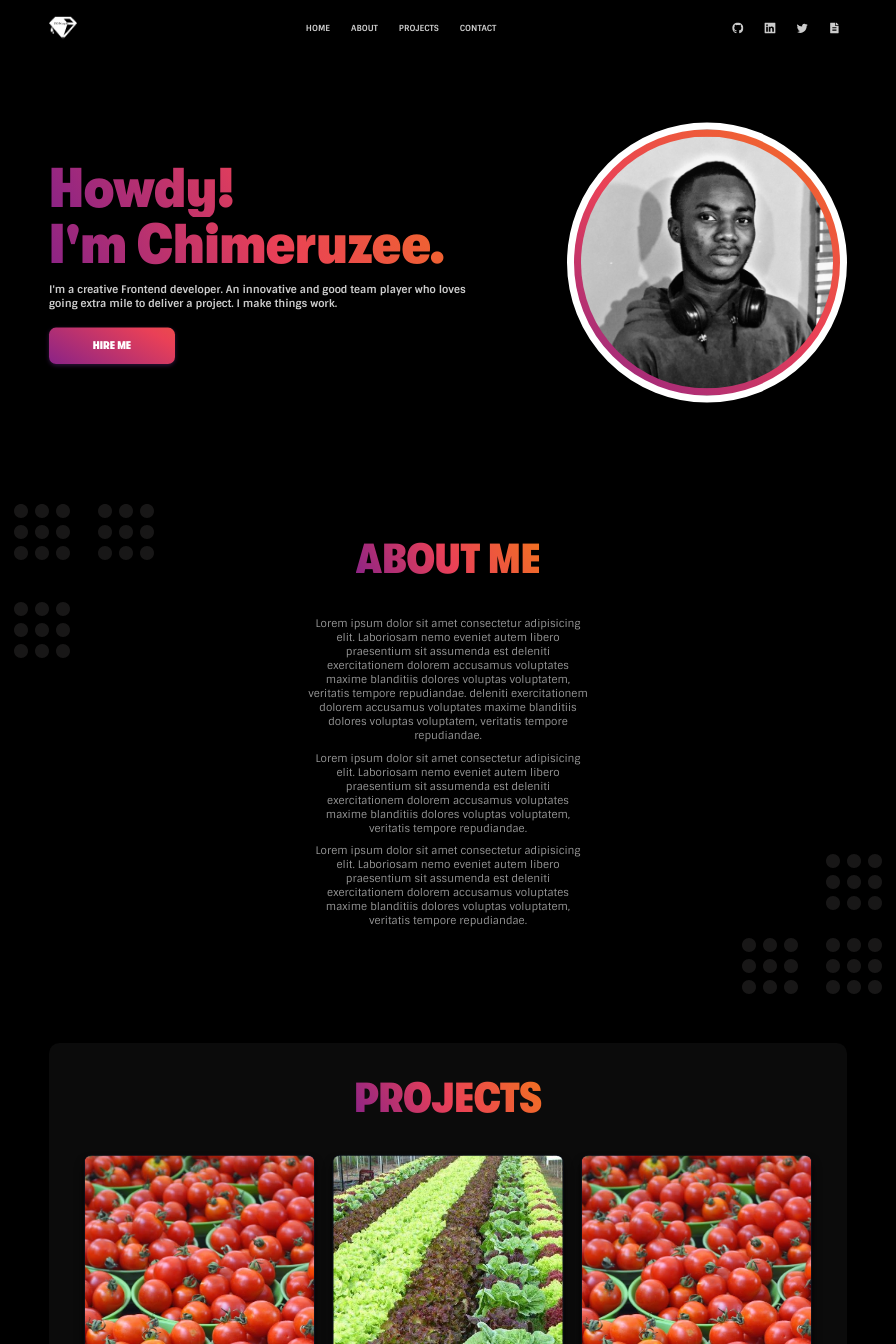
Repository: Ehceyn/ChimeruzeePortfolio
Page: /
An editor plug-in stored every save of this project. The page is shown before and after the next save, followed by the edit.
The browser window is 1280 px wide. The pictures show the part of the page from y = 0 to 1920 px (the page is 4486 px tall), at 70% of full size.
The project was rebuilt for these pictures with package versions that can differ from the ones it lists, and the page was loaded fresh each time. The framework's server and built-in components were replaced by stand-ins that run in the browser. Also part of the build but not shown: next.config.js, src/components/Timeline/Timeline.js, src/components/Accomplishments/Accomplishments.js.

Above is the page before, as saved 2022-07-17 17:50:46.

### pages/_app.js
import Layout from "../src/components/Layout/Layout";
import "../styles/global.css";

function MyApp({ Component, pageProps }) {
  return (
    <Layout>
      <Component {...pageProps} />
    </Layout>
  );
}

export default MyApp;

### pages/index.js
import MetaHead from "../src/components/MetaHead/MetaHead";
import Hero from "../src/components/Hero/Hero";
import Projects from "../src/components/Projects/Projects";
import Technologies from "../src/components/Technologies/Technologies";
import Timeline from "../src/components/Timeline/Timeline";
import Accomplishments from "../src/components/Accomplishments/Accomplishments";
import Contact from "../src/components/Contact/Contact";
import Footer from "../src/components/Footer/Footer";
import About from "../src/components/About/About";

export default function Home() {
  return (
    <>
      <MetaHead
        title="Meruzee | Portfolio"
        contentKeyword="web development, react development, frontend development, web design, programming"
        contentDescription="A Web designer and developer's portfolio"
      />
      <Hero />
      <About />
      <Projects />
      <Technologies />
      <Contact />
    </>
  );
}

### src/components/Layout/Layout.js
import React from "react";
import Footer from "../Footer/Footer";
import Header from "../Header/Header";

function Layout({ children }) {
  return (
    <>
      <Header />
      {children}
      <Footer />
    </>
  );
}

export default Layout;

### styles/global.css
@font-face {
  font-family: GTWalsheimPro;
  src: url(/fonts/GTWalsheimPro-CondensedBlack/GTWalsheimPro-CondensedBlack.ttf); /* IE9 Compat Modes */
  src: url(/fonts/GTWalsheimPro-CondensedBlack/GTWalsheimPro-CondensedBlack.ttf?iefix)
      format("embedded-opentype") /* IE6-IE8 */,
    url(/fonts/GTWalsheimPro-CondensedBlack/GTWalsheimPro-CondensedBlack.woff)
      format("woff") /* Super Modern Browsers */,
    url(/fonts/GTWalsheimPro-CondensedBlack/GTWalsheimPro-CondensedBlack.woff2)
      format("woff2") /* Pretty Modern Browsers */,
    url(/fonts/GTWalsheimPro-CondensedBlack/GTWalsheimPro-CondensedBlack.ttf)
      format("truetype"); /* Safari, Android, iOS */
  font-weight: 900;
  font-style: normal;
}

@font-face {
  font-family: Sintony-Bold;
  src: url(/fonts/Sintony/Sintony-Bold.ttf); /* IE9 Compat Modes */
  font-style: normal;
}

@font-face {
  font-family: Sintony-Regular;
  src: url(/fonts/Sintony/Sintony-Regular.ttf); /* IE9 Compat Modes */
  font-style: normal;
}

@tailwind base;
@tailwind components;
@tailwind utilities;

* {
  box-sizing: border-box;
  -webkit-tap-highlight-color: transparent;
  margin: 0;
  padding: 0;
}

*:hover {
  -webkit-tap-highlight-color: transparent;
}

html {
  font-size: 62.5%;
  scroll-behavior: smooth;
  background: black;
}
body {
  font-family: Sintony-Regular, "Segoe UI", sans-serif;
  font-size: 1.6rem;
  background: black;
  color: #ccc;
  cursor: default;
  max-width: 1700px;
  margin: auto;
}
h1 {
  width: 100%;
  height: fit-content;
  color: gray;
  background: -webkit-linear-gradient(210deg, #f27121, #e94057, #8a2387);
  -webkit-background-clip: text;
  -webkit-text-fill-color: transparent;
  flex-wrap: wrap;
}
h2 {
  display: flex;
  align-items: center;
  width: fit-content;
  height: fit-content;
  color: gray;
  background: -webkit-linear-gradient(210deg, #f27121, #e94057, #8a2387);
  -webkit-background-clip: text;
  -webkit-text-fill-color: transparent;
  flex-wrap: wrap;
}
h3 {
  font-family: Sintony-Bold, "Segoe UI", sans-serif;
  line-height: 1.2;
  color: #999;
}

h4 {
  font-family: Sintony-Bold, "Segoe UI", sans-serif;
  line-height: 1.2;
  color: #ccc;
}

p,
a {
  font-size: 0.8em;
  color: #999;
  line-height: 1.5;
}

h1,
h2,
h5,
h6,
button {
  font-family: GTWalsheimPro, "Segoe UI", sans-serif;
  moz-transition: all 0.4s ease-in-out;
  -o-transition: all 0.4s ease-in-out;
  -webkit-transition: all 0.4s ease-in-out;
  transition: all 0.4s ease-in-out;
}
button:focus {
  outline: none;
}

.buttonGrad {
  box-shadow: 0 2px 6px 0 rgb(126 52 161 / 39%);
  background: linear-gradient(210deg, #f27121, #e94057, #8a2387);
  background-size: 200% auto;
  transition: all 0.4s ease-in-out;
}

/* .buttonGrad:hover {
  background: linear-gradient(210deg, #e94057, #8a2387);
  background-position: 100% 0;
  moz-transition: all 0.4s ease-in-out;
  -o-transition: all 0.4s ease-in-out;
  -webkit-transition: all 0.4s ease-in-out;
  transition: all 0.4s ease-in-out;
} */

.btn-grad {
  background-image: linear-gradient(
    to right,
    #aa076b 0%,
    #61045f 51%,
    #aa076b 100%
  );
  margin: 10px;
  padding: 15px 45px;
  text-align: center;
  text-transform: uppercase;
  transition: 0.5s;
  background-size: 200% auto;
  color: white;
  box-shadow: 0 0 20px #eee;
  border-radius: 10px;
  display: block;
}

.buttongrad:hover {
  background-position: right center; /* change the direction of the change here */
  color: #fff;
  text-decoration: none;
}

.card-text {
  overflow: hidden;
  text-overflow: ellipsis;
  display: -webkit-box;
  -webkit-line-clamp: 3; /* number of lines to show */
  -webkit-box-orient: vertical;
}

nav .navlinks {
  display: flex;
  align-items: center;
  width: fit-content;
  height: inherit;
  text-transform: uppercase;
  font-size: 12px;
  font-family: Sintony-Bold, "Segoe UI", sans-serif;
  cursor: pointer;
}

nav .navlinks:focus {
  color: #0070fdff;
}

a {
  text-decoration: none;
  display: block;
}
li {
  list-style: none;
}

.sectionStyle {
  display: flex;
  align-items: center;
  width: 100%;
  height: fit-content;
  padding: 30px 100px;
}

/* Linear Gradient background for hero image */
.background {
  background: -webkit-linear-gradient(210deg, #f27121, #e94057, #8a2387);
}
/* Linear Gradient Border for hero image */
.border-gradient {
  background: linear-gradient(210deg, #0070fdff, #d50098ff, #fd2828) border-box,
    linear-gradient(210deg, #0070fdff, #d50098ff, #fd2828) padding-box;
}

.hero {
  /* position: relative; */
  z-index: 10;
  background-color: rgba(179, 174, 174, 0.562);
}

/* .hero::before {
  content: "";
  background-size: cover;
  position: absolute;
  z-index: -1;
  top: 0px;
  right: 0px;
  bottom: 0px;
  left: 0px;
  opacity: 0.95;
  background: url("/images/meruz-bw.jpg") no-repeat center/cover;
} */
.contact {
  position: absolute;
  z-index: 3;
}
.contact2 {
  content: "";
  position: absolute;
  height: 400px;
  width: 400px;
  border-radius: 50%;
  right: -100px;
  background: -webkit-linear-gradient(
    210deg,
    rgba(0, 114, 253, 0.212),
    rgba(213, 0, 153, 0.26),
    #fd282833
  );
}

/*
   accent1: "hsl(34.9,98.6%,72.9%)",
    button: "hsl(205.1,100%,36.1%)",
    background2: "hsl(232.7,27.3%,23.7%)", */
/* Track */
body::-webkit-scrollbar-track {
  box-shadow: inset 0 0 0px;
  @apply bg-[#222];
  border-radius: none;
}

/* Handle */
body::-webkit-scrollbar-thumb {
  background: #777;
  border-radius: 10px;
}

* {
  scrollbar-width: 10px;
}

/* Handle on hover */
body::-webkit-scrollbar-thumb:hover {
  background: #999;
}

/* Style the other scrollbar  with className  */
::-webkit-scrollbar {
  width: 10px;
}

/* Track */
::-webkit-scrollbar-track {
  box-shadow: inset 0 0 0px;
  @apply bg-transparent;
  border-radius: none;
}

/* Handle */
::-webkit-scrollbar-thumb {
  background: rgba(85, 85, 85, 0.158);
  border-radius: 10px;
}

* {
  scrollbar-width: 10px;
}

/* Handle on hover */
::-webkit-scrollbar-thumb:hover {
  background: rgba(85, 85, 85, 0.158);
}

### src/components/MetaHead/MetaHead.js
import Head from "next/head";

import React from "react";

function MetaHead(props) {
  return (
    <Head>
      <title>{props.title}</title>
      <meta name="description" content={props.contentKeyword} />
      <meta name="keywords" content={props.contentDescription} />
      <link rel="icon" href="/favicon.ico" />
    </Head>
  );
}

export default MetaHead;

### src/components/Hero/Hero.js
import React, { useState } from "react";
import { motion } from "framer-motion";
import Image from "next/image";
import { heroImage } from "../../../animations/animation";

function Hero() {
  const [degree, setDegree] = useState(210);
  setTimeout(() => {
    setInterval(() => {
      if (degree <= 360) {
        setDegree(degree + 5);
      } else {
        setDegree(0);
      }
    }, 1000);
  }, 5000);

  /* Linear Gradient Border for hero image */
  const borderGradient = {
    background: `linear-gradient(${degree}deg, #f27121, #e94057, #8a2387
) border-box, linear-gradient(${degree}deg, #f27121, #e94057, #8a2387
) padding-box`,
  };

  return (
    <section className="flex flex-col-reverse md2:flex-row md2:justify-between justify-center items-center w-full min-h-[100vh]  pt-[80px] pb-20 px-5 md:px-[40px] lg:px-[70px] ">
      {/* <video
        src="/video/vid.mp4"
        className="absolute t-0 inset-x-0 "
        autoPlay
        loop
        muted
      ></video> */}
      <div className="w-fit text-center md2:text-left leading-loose md2:mr-[100px] mt-[40px] md2:mt-0">
        <h1 className="text-7xl md2:text-8xl lg:text-9xl">Howdy! </h1>
        <h1 className="text-7xl md2:text-8xl lg:text-9xl">
          I&apos;m Chimeruzee.
        </h1>
        <h4 className="flex items-center w-fit  font-bold max-w-[800px] h-fit py-5 text-2xl md2:text-2xl md2:px-0 px-5">
          I&apos;m a creative Frontend developer. An innovative and good team
          player who loves going extra mile to deliver a project. I make things
          work.
        </h4>
        <button
          type="button"
          className="text-white buttonGrad mt-5 focus:outline-none uppercase rounded-2xl w-[180px] py-4 text-center"
        >
          hire me
        </button>
      </div>

      <div className="max-w-[250px] min-w-[250px] md2:max-w-[350px] md2:min-w-[350px] lg:max-w-[400px] lg:min-w-[400px] object-contain ">
        <motion.div
          initial="initial"
          animate="animate"
          transition="transition"
          className="border-[7px] md2:border-[10px] border-white rounded-full object-cover flex justify-center items-center p-[7px] md2:p-[10px] "
          style={borderGradient}
        >
          <Image
            src="/images/meruz-bw.jpg"
            width="400"
            height="400"
            alt="Chimeruzee"
            objectFit="cover"
            className="rounded-full background"
          />
        </motion.div>
      </div>
    </section>
  );
}

export default Hero;

### src/components/Technologies/Technologies.js
import React from "react";
import Image from "next/image";

function Technologies() {
  return (
    <section className="md2:px-[70px]">
      <div className=" w-full min-h-[80vh] h-fit py-20">
        <article className="w-full flex justify-center mb-20">
          <h2 className="text-5xl md2:text-6xl lg:text-8xl">TECHNOLOGIES</h2>
        </article>
        <div className="w-full grid grid-cols-2 sm:grid-cols-3 md2:grid-cols-4 gap-x-4 gap-y-10 px-5">
          {[
            { src: "/images/html.png", name: "HTML" },
            { src: "/images/css.png", name: "CSS" },
            { src: "/images/js.png", name: "JavaScript" },
            { src: "/images/react.png", name: "react" },
            { src: "/images/nodejs.png", name: "nodeJS" },
            { src: "/images/nextjs.svg", name: "nextJS" },
            { src: "/images/GraphQL-logo.png", name: "graphQL" },
            { src: "/images/redux.png", name: "Redux" },
            { src: "/images/mongodb.png", name: "MongoDB" },
            { src: "/images/firebase.png", name: "Firebase" },
            { src: "/images/git.png", name: "Git" },
            { src: "/images/tailwind.png", name: "Tailwind" },
          ].map((r, index) => (
            <div
              key={r.name}
              className="group flex flex-col justify-center items-center shadow-xl shadow-black bg-[#2020205b] py-7 px-12 rounded-lg mx-auto"
            >
              <Image
                src={r.src || "/images/GraphQL-logo.png"}
                alt=""
                width={70}
                height={70}
                objectFit="contain"
              />
              <h4 className="mt-5 text-2xl font-bold tracking-tight capitalize">
                {r.name}
              </h4>
            </div>
          ))}
        </div>
        <article className="w-full flex justify-center mt-20">
          <button className="group bg-transparent py-2 px-4 uppercase inline-flex items-center">
            View all technologies
            <svg
              className="ml-2 -mr-1 w-7 h-7 group-hover:translate-x-1 transition-all duration-200"
              fill="currentColor"
              viewBox="0 0 20 20"
              xmlns="http://www.w3.org/2000/svg"
            >
              <path
                fillRule="evenodd"
                d="M10.293 3.293a1 1 0 011.414 0l6 6a1 1 0 010 1.414l-6 6a1 1 0 01-1.414-1.414L14.586 11H3a1 1 0 110-2h11.586l-4.293-4.293a1 1 0 010-1.414z"
                clipRule="evenodd"
              ></path>
            </svg>
          </button>
        </article>
      </div>
    </section>
  );
}

export default Technologies;

### src/components/Footer/Footer.js
import React from "react";
import Image from "next/image";

export default function Footer() {
  return (
    <>
      <div className="px-7 md2:px-[70px]">
        <hr className="border border-[#2020205b]" />
      </div>
      <article className="flex md:hidden items-center h-fit mt-5 justify-start px-7 pt-10">
        <Image
          src="/images/immersewhite.png"
          height="40px"
          width="40px"
          alt="Logo"
          objectFit="contain"
        />
        <h4 className="text-4xl font-bold tracking-tight capitalize ml-5">
          Meruzee
        </h4>
      </article>
      <div className="grid grid-cols-2 md:grid-cols-3 gap-x-4 gap-y-5 w-full mb-7 px-7 md2:px-[70px] py-10 ">
        <article className="hidden md:flex items-center h-fit mt-5 justify-start">
          <Image
            src="/images/immersewhite.png"
            height="40px"
            width="40px"
            alt="Logo"
            objectFit="contain"
          />
          <h4 className="text-4xl font-bold tracking-tight capitalize ml-10">
            Meruzee
          </h4>
        </article>
        <article className="space-y-7 transition-[border] duration-300 ">
          <h4 className="mt-5  text-2xl font-bold tracking-tight capitalize">
            Site
          </h4>
          <a className="cursor-pointer hover:underline capitalize hover:underline-offset-1 w-fit">
            Home
          </a>
          <a className="cursor-pointer hover:underline capitalize hover:underline-offset-1 w-fit">
            Blog
          </a>
        </article>
        <article className="space-y-7">
          <h4 className="mt-5  text-2xl font-bold tracking-tight capitalize">
            Socials
          </h4>
          <a
            target="_blank"
            rel="noopener noreferrer"
            href="https://www.github.com/ehceyn"
            className="cursor-pointer hover:underline capitalize hover:underline-offset-1 w-fit"
          >
            github
          </a>
          <a
            target="_blank"
            rel="noopener noreferrer"
            href="https://www.linkedin.com/in/chimeruzee-chidum-7417591ba"
            className="cursor-pointer hover:underline capitalize hover:underline-offset-1 w-fit"
          >
            linkedIn
          </a>
          <a
            target="_blank"
            rel="noopener noreferrer"
            href="https://www.twitter.com/chimeruzee1"
            className="cursor-pointer hover:underline capitalize hover:underline-offset-1 w-fit"
          >
            twitter
          </a>
          <a
            target="_blank"
            rel="noopener noreferrer"
            href="https://drive.google.com/file/d/1hPpP44F-gs2xs_Lax_930MiJSpsTbr0T/view?usp=sharing"
            className="cursor-pointer hover:underline capitalize hover:underline-offset-1 w-fit"
          >
            Download Resume
          </a>
        </article>
      </div>
      <div className="w-full flex bg-secondary-darker h-[10vh] bottom-0 text-[#666666] justify-center items-center">
        <p>Copyright &copy;2022 All rights reserved | Meruzee </p>
      </div>
    </>
  );
}

### src/components/About/About.jsx
import React from "react";
import { CgMenuGridO } from "react-icons/cg";

function About() {
  return (
    <section className="">
      <div className=" w-full min-h-[100vh] h-fit py-20 relative ">
        <section className=" w-full  ">
          <article className="w-full flex justify-center mb-10 md:mb-20">
            <h2 className="text-5xl md2:text-6xl lg:text-8xl">ABOUT ME</h2>
          </article>
          <div className="w-full flex flex-col items-center space-y-5 px-7 md2:px-0">
            <p className="text-[#999] text-2xl max-w-[400px] text-center ">
              Lorem ipsum dolor sit amet consectetur adipisicing elit.
              Laboriosam nemo eveniet autem libero praesentium sit assumenda est
              deleniti exercitationem dolorem accusamus voluptates maxime
              blanditiis dolores voluptas voluptatem, veritatis tempore
              repudiandae. deleniti exercitationem dolorem accusamus voluptates
              maxime blanditiis dolores voluptas voluptatem, veritatis tempore
              repudiandae.
            </p>
            <p className="text-[#999] text-2xl max-w-[400px] text-center">
              Lorem ipsum dolor sit amet consectetur adipisicing elit.
              Laboriosam nemo eveniet autem libero praesentium sit assumenda est
              deleniti exercitationem dolorem accusamus voluptates maxime
              blanditiis dolores voluptas voluptatem, veritatis tempore
              repudiandae.
            </p>
            <p className="text-[#999] text-2xl max-w-[400px] text-center">
              Lorem ipsum dolor sit amet consectetur adipisicing elit.
              Laboriosam nemo eveniet autem libero praesentium sit assumenda est
              deleniti exercitationem dolorem accusamus voluptates maxime
              blanditiis dolores voluptas voluptatem, veritatis tempore
              repudiandae.
            </p>
          </div>
        </section>

        <section className="absolute top-0 w-full">
          <div className="w-full relative min-h-[100vh]">
            <div className="absolute top-0 left-0">
              <div className="flex transform -translate-y-8">
                <CgMenuGridO className="text-[80px] md2:text-[120px] text-[#46444456]" />
                <CgMenuGridO className="text-[80px] md2:text-[120px] text-[#46444456]" />
              </div>
              <div>
                <CgMenuGridO className="text-[80px] md2:text-[120px] text-[#46444456]" />
              </div>
            </div>
            <div className="absolute bottom-0 right-0">
              <div className="w-full flex justify-end">
                <CgMenuGridO className="text-[80px] md2:text-[120px] text-[#46444456]" />
              </div>
              <div className="flex">
                <CgMenuGridO className="text-[80px] md2:text-[120px] text-[#46444456]" />
                <CgMenuGridO className="text-[80px] md2:text-[120px] text-[#46444456]" />
              </div>
            </div>
          </div>
        </section>
      </div>
    </section>
  );
}

export default About;

### animations/animation.js
export const heroImage = {
  initial: {
    rotate: 0,
    // x: -100
  },
  animate: {
    rotate: 180,
    // x: 100
  },
  transition: {
    type: "tween",
    ease: "easeInOut",
    repeat: "Infinity",
    duration: 0.2,
  },
};

### tailwind.config.js
/** @type {import('tailwindcss').Config} */
module.exports = {
  mode: "jit",
  content: ["./src/**/*.{js,jsx,ts,tsx}", "./pages/**/*.{js,jsx,ts,tsx}"],
  theme: {
    extend: {},
    screens: {
      xs: "460px",
      // => @media (min-width: 460px) { ... }
      sm: "640px",
      // => @media (min-width: 640px) { ... }

      md: "768px",
      // => @media (min-width: 768px) { ... }

      md2: "960px",
      // => @media (min-width: 1000px) { ... }

      lg: "1220px",
      // => @media (min-width: 1220px) { ... }

      xl: "1280px",
      // => @media (min-width: 1280px) { ... }

      "2xl": "1536px",
      // => @media (min-width: 1536px) { ... }
    },
  },
  plugins: [],
};

Loaded but not shown: pages/_document.js (common file); src/components/Contact/Contact.js (112 lines, source omitted); src/components/Projects/Projects.js (90 lines, source omitted); src/components/Header/Header.js (84 lines, source omitted)

After the next save:
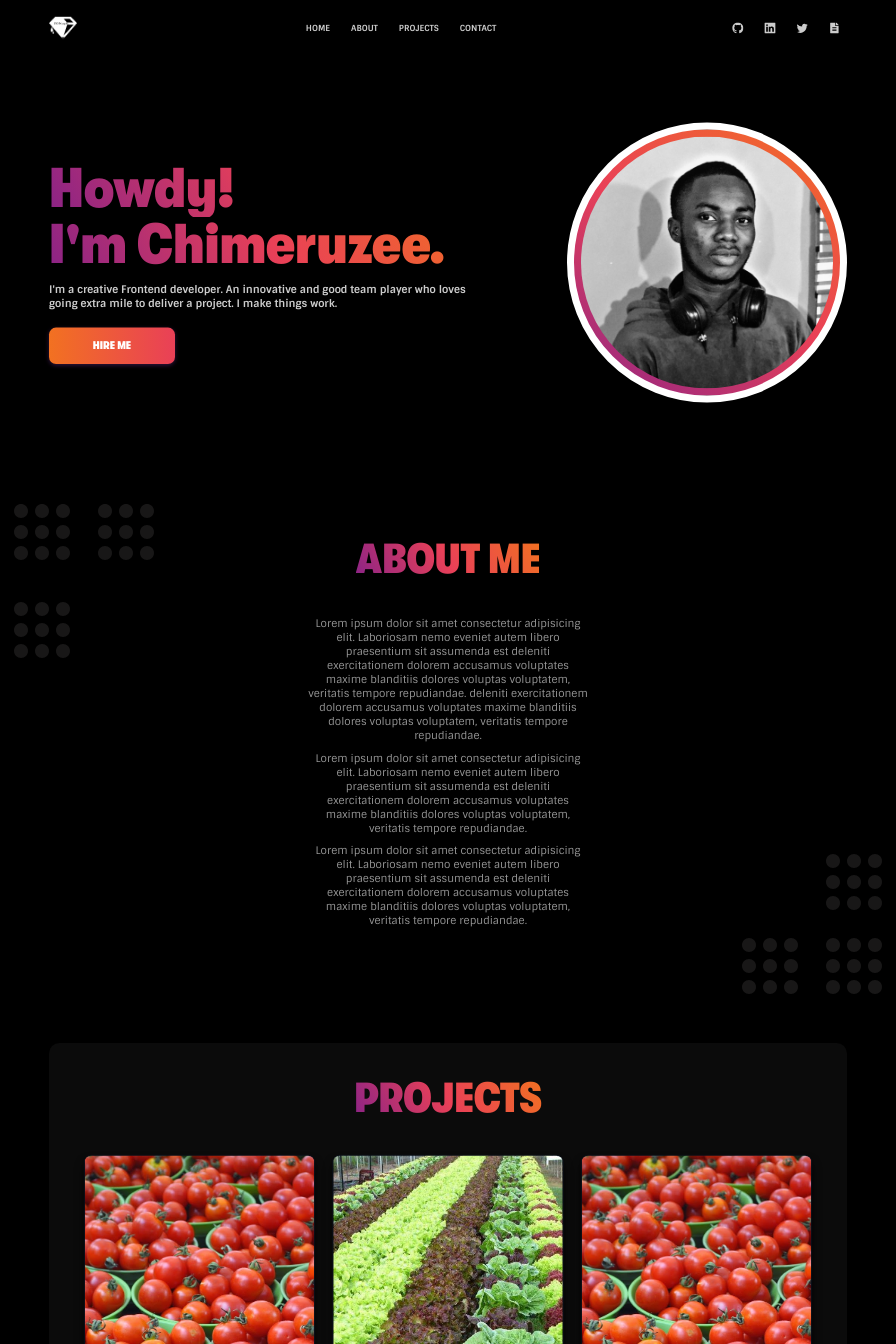
Saved 2 min 28 s later.
--- a/styles/global.css
+++ b/styles/global.css
@@ -110,7 +110,7 @@ button:focus {
 
 .buttonGrad {
   box-shadow: 0 2px 6px 0 rgb(126 52 161 / 39%);
-  background: linear-gradient(210deg, #f27121, #e94057, #8a2387);
+  background: linear-gradient(to right, #f27121, #e94057, #8a2387);
   background-size: 200% auto;
   transition: all 0.4s ease-in-out;
 }
